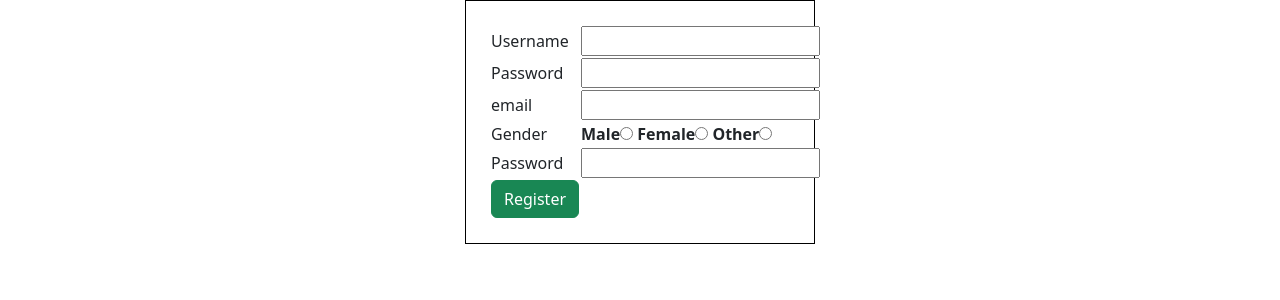
Repository: devAyush2025/JSP_TUT
Page: myapp/src/main/webapp/register.html
The author's editor kept a copy of each file at every save. The page is drawn from the files as they stood at one save, then again after the next save.
The browser window is 1280 px wide. The pictures show the whole page.

Above is the page before, as saved 2024-11-21 11:37:30.

### myapp/src/main/webapp/register.html
<!DOCTYPE html>
<html>
<head>
<meta charset="ISO-8859-1">
<title>Registration</title>
    <link href="https://cdn.jsdelivr.net/npm/bootstrap@5.3.3/dist/css/bootstrap.min.css" rel="stylesheet" integrity="sha384-QWTKZyjpPEjISv5WaRU9OFeRpok6YctnYmDr5pNlyT2bRjXh0JMhjY6hW+ALEwIH" crossorigin="anonymous">
</head>
<body>
<div class=" border border-1 border-black  container  p-4 " style="width: 350px;">
    <form method="post" action="registerServlet">
      <table>
        <tr class="">
          <td>Username</td>
          <td><input type="text" name="uname" id="" /></td>
        </tr>

        <tr>
          <td>Password</td>
          <td><input type="password" name="pass" id="" /></td>
        </tr>
        <tr>
          <td>email</td>
          <td><input type="email" name="email" id="" /></td>
        </tr>
        <tr>
          <td>Gender</td>
          <td>
            <b>Male</b><input type="radio" name="male" id="" />
            <b>Female</b><input type="radio" name="female" id=""/>
            <b>Other</b><input type="radio" name="other" id="" />
          </td>
        </tr>
        <tr>
          <td>Password</td>
          <td><input type="password" name="pass" id="" /></td>
        </tr>

        <tr>
          <td><a class="btn btn-success" href="login.html" value="Register">Register</a></td>
        </tr>
      </table>
    </form>

</div>
</body>
 <script src="https://cdn.jsdelivr.net/npm/bootstrap@5.3.3/dist/js/bootstrap.bundle.min.js" integrity="sha384-YvpcrYf0tY3lHB60NNkmXc5s9fDVZLESaAA55NDzOxhy9GkcIdslK1eN7N6jIeHz" crossorigin="anonymous"></script>
</html>

After the next save:
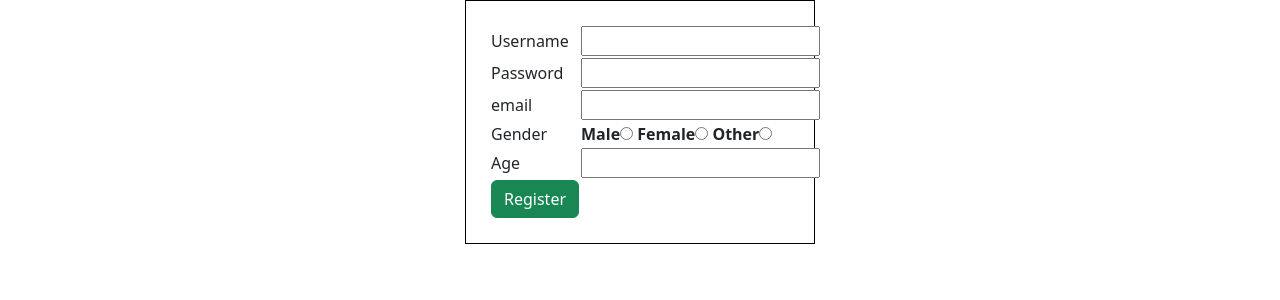
Saved 3 min 5 s later.
--- a/myapp/src/main/webapp/register.html
+++ b/myapp/src/main/webapp/register.html
@@ -31,12 +31,12 @@
           </td>
         </tr>
         <tr>
-          <td>Password</td>
+          <td>Age</td>
           <td><input type="password" name="pass" id="" /></td>
         </tr>
 
         <tr>
-          <td><a class="btn btn-success" href="login.html" value="Register">Register</a></td>
+          <td><button class="btn btn-success" value="Register" type="submit">Register</button></td>
         </tr>
       </table>
     </form>
